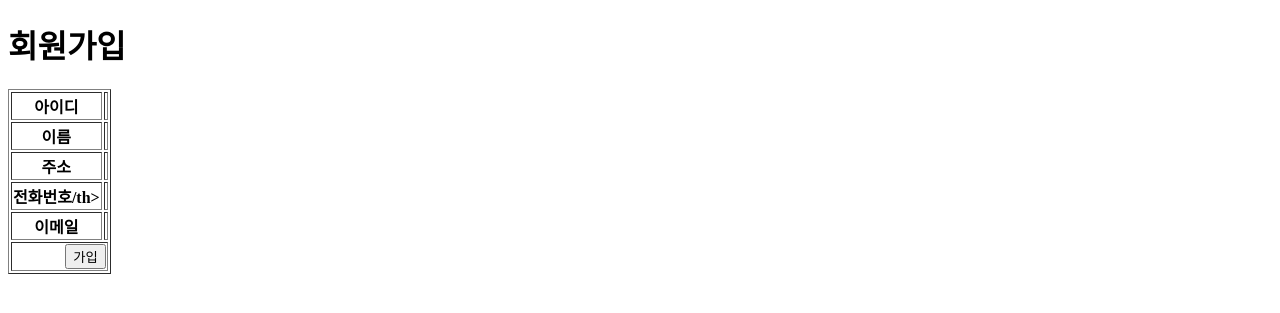
Repository: dd-jiny/KH_Web
Page: http://localhost/Jsp04_LoginBoard/regist.jsp
An editor plug-in stored every save of this project. The page is shown before and after the next save, followed by the edit.
The browser window is 1280 px wide. The pictures show the whole page.
The page is served by Tomcat 9. Other server files are loaded and not shown.

Above is the page before, as saved 2021-02-22 04:41:46.

### Workspace_WEB/Jsp04_LoginBoard/WebContent/regist.jsp
<%@ page language="java" contentType="text/html; charset=UTF-8"
    pageEncoding="UTF-8"%>

<% request.setCharacterEncoding("UTF-8"); %>
<% response.setContentType("text/html; charset=UTF-8");%>
<!DOCTYPE html>
<html>
<head>
<meta charset="UTF-8">
<title>Insert title here</title>
</head>
<body>

	<h1>회원가입</h1>

	<form action="logincontroller.jsp" method="post">
		<input type="hidden" name="command" value="insertuser"/>

	<table border="1">
		<tr>
			<th>아이디</th>
			<td></td>
		</tr>
		<tr>
			<th>이름</th>
			<td></td>
		</tr>
		<tr>
			<th>주소</th>
			<td></td>
		</tr>
		<tr>
			<th>전화번호/th>
			<td></td>
		</tr>
		<tr>
			<th>이메일</th>
			<td></td>
		</tr>
		<tr>
			<td colspan="2" align="right">
				<input type="submit" value="가입" />
			</td>
		</tr>
	</table>
	</form>

</body>
</html>

After the next save:
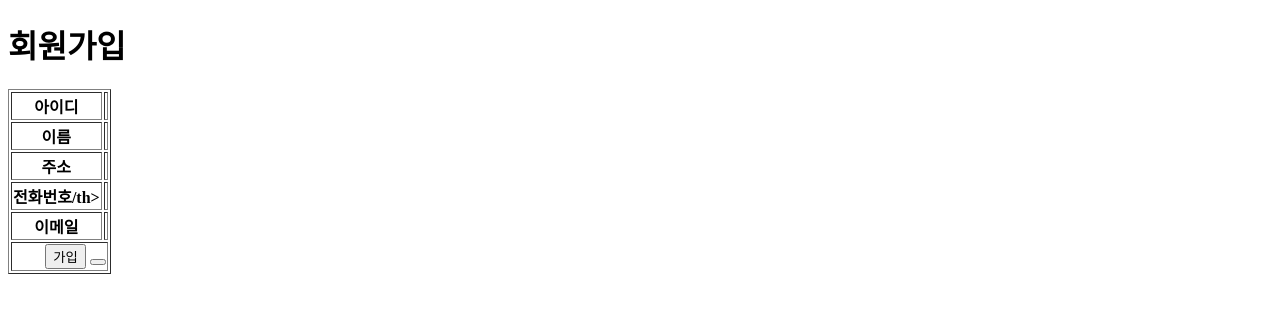
Saved 37 s later.
--- a/Workspace_WEB/Jsp04_LoginBoard/WebContent/regist.jsp
+++ b/Workspace_WEB/Jsp04_LoginBoard/WebContent/regist.jsp
@@ -40,6 +40,7 @@
 		<tr>
 			<td colspan="2" align="right">
 				<input type="submit" value="가입" />
+				<button></button>
 			</td>
 		</tr>
 	</table>
